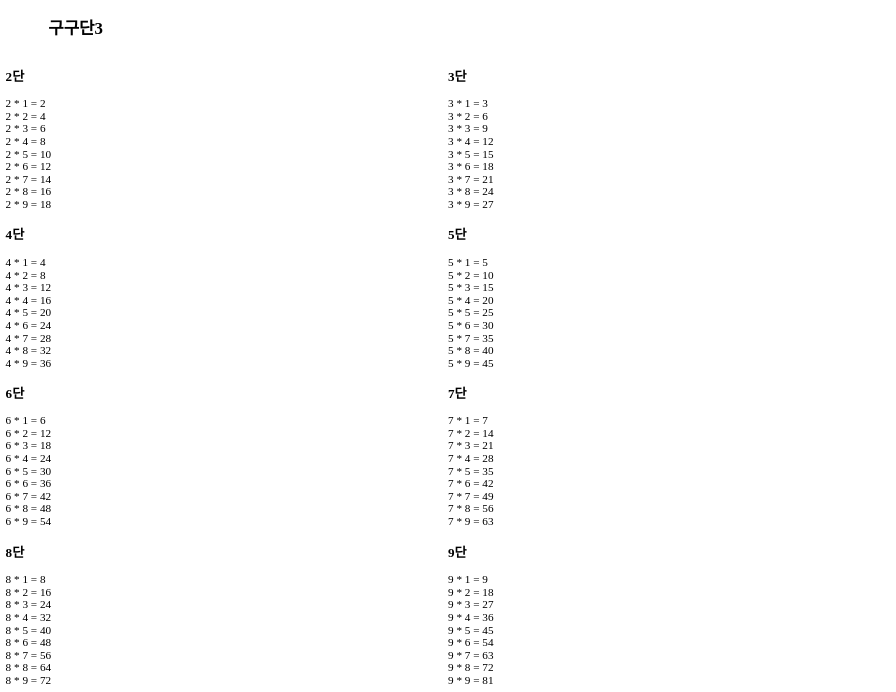
Repository: Park-Dongheon/Servlet-JSP_Training
Page: http://localhost/MissionJSP/Gugudan3.jsp
The author's editor kept a copy of each file at every save. The page is drawn from the files as they stood at one save, then again after the next save.
The browser window is 1280 px wide. The pictures show the whole page, at 70% of full size.
The page is served by Tomcat 10.

Above is the page before, as saved 2024-06-13 14:28:17.

After the next save:
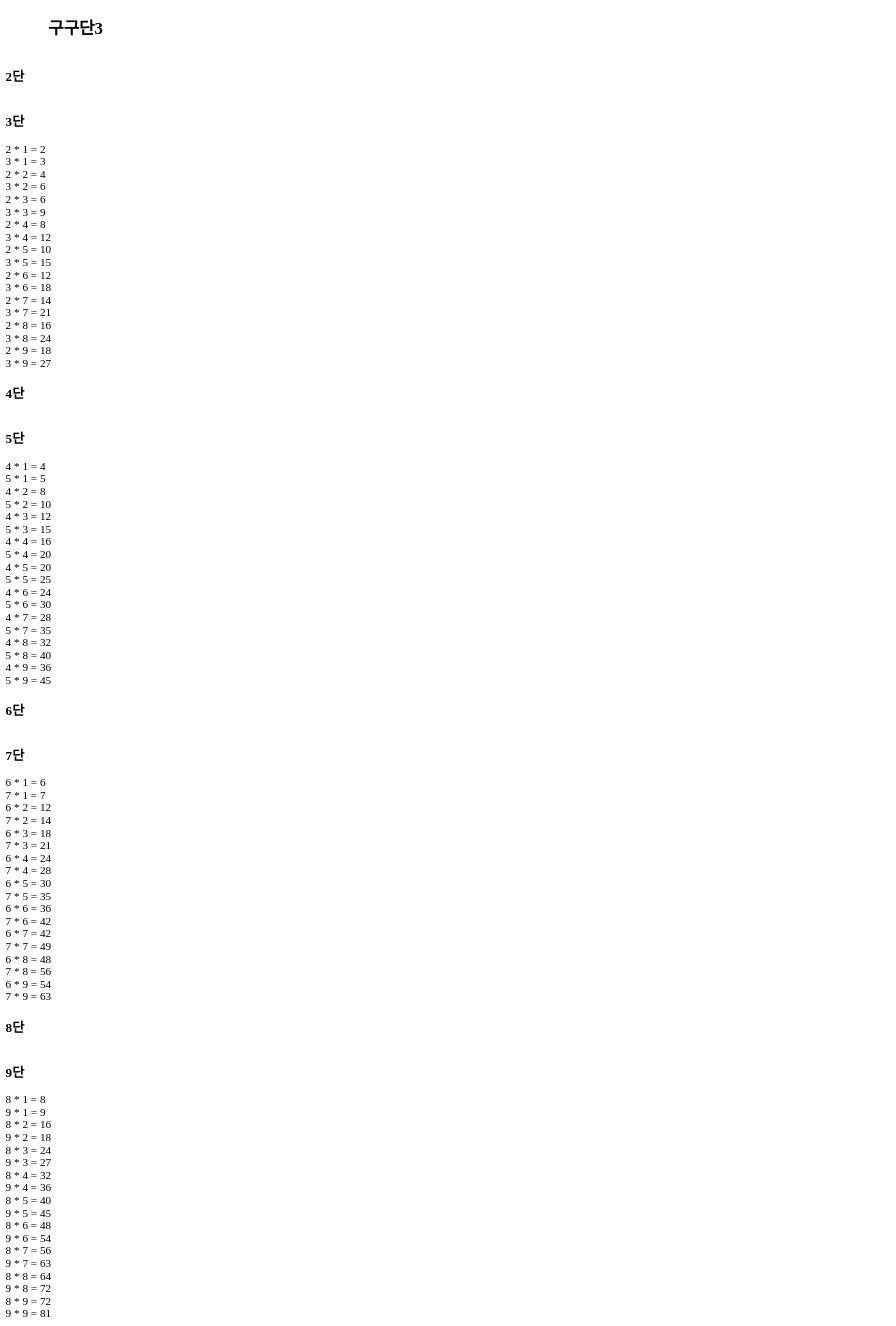
Saved 18 s later.
--- a/MissionJSP/src/main/webapp/Gugudan3.jsp
+++ b/MissionJSP/src/main/webapp/Gugudan3.jsp
@@ -24,7 +24,7 @@
 	<h2 style="width:<%=col * 100%>px; text-align:center;">구구단3</h2>
 
 	<!-- 그리드 레이아웃 설정 -->
-	<div style="display:grid;  grid-template-columns: repeat(<%=col%>, 1fr);">
+	<div style="display:grid;  grid-template-columns: repeat(<%=col%>);">
 		<%
 		// 구구단 출력을 위한 반복문
 		for (int i = 2; i <= 9; i += col) {			// col 만큼씩 증가하면서 반복
